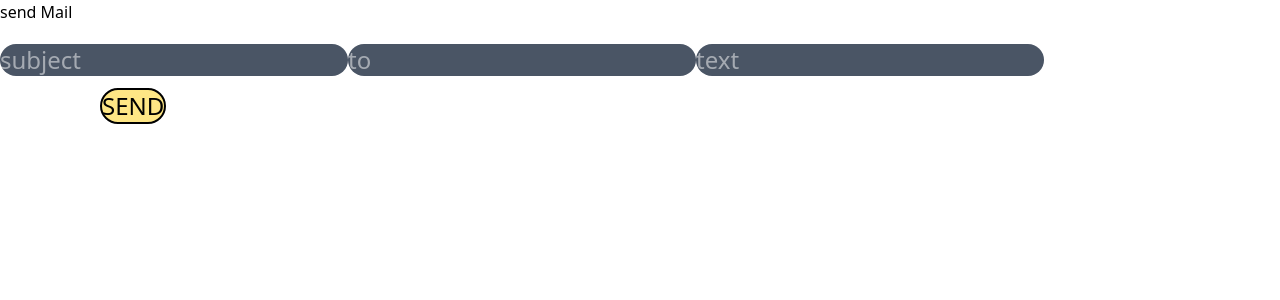
Repository: ridhukhan/sendmail
Page: / (app in Frontend/)
These files come from the project's save history. The page is drawn as it stood at one moment and after the next save; the edit follows.
The browser window is 1280 px wide. The pictures show the whole page.
The project was rebuilt for these pictures with package versions that can differ from the ones it lists, and the page was loaded fresh each time.

Above is the page before, as saved 2026-02-10 14:57:49.

After the next save:
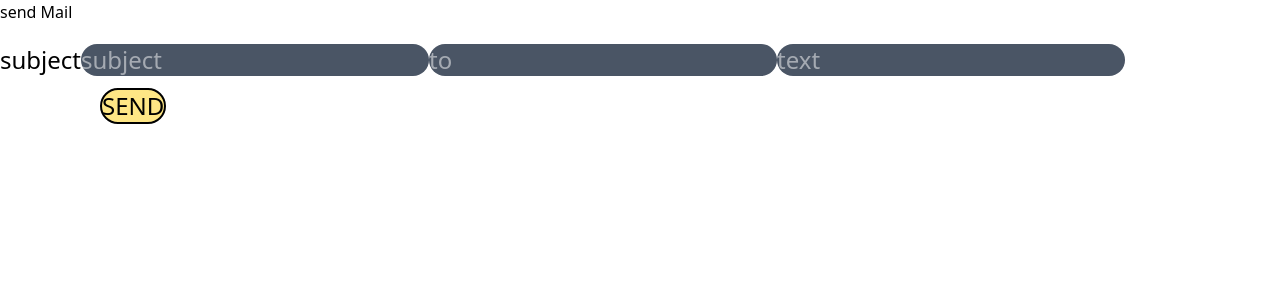
Saved 44 s later.
--- a/Frontend/src/App.jsx
+++ b/Frontend/src/App.jsx
@@ -5,6 +5,7 @@ function App() {
     <>
     <h1>send Mail </h1>
     <form className="flex-col text-2xl align-middle justify-center">
+<label htmlFor="subject">subject</label>
 <input type="text" name="" id="" placeholder='subject' className="bg-gray-600 text-white border-amber-50 rounded-2xl"/>
 
 
